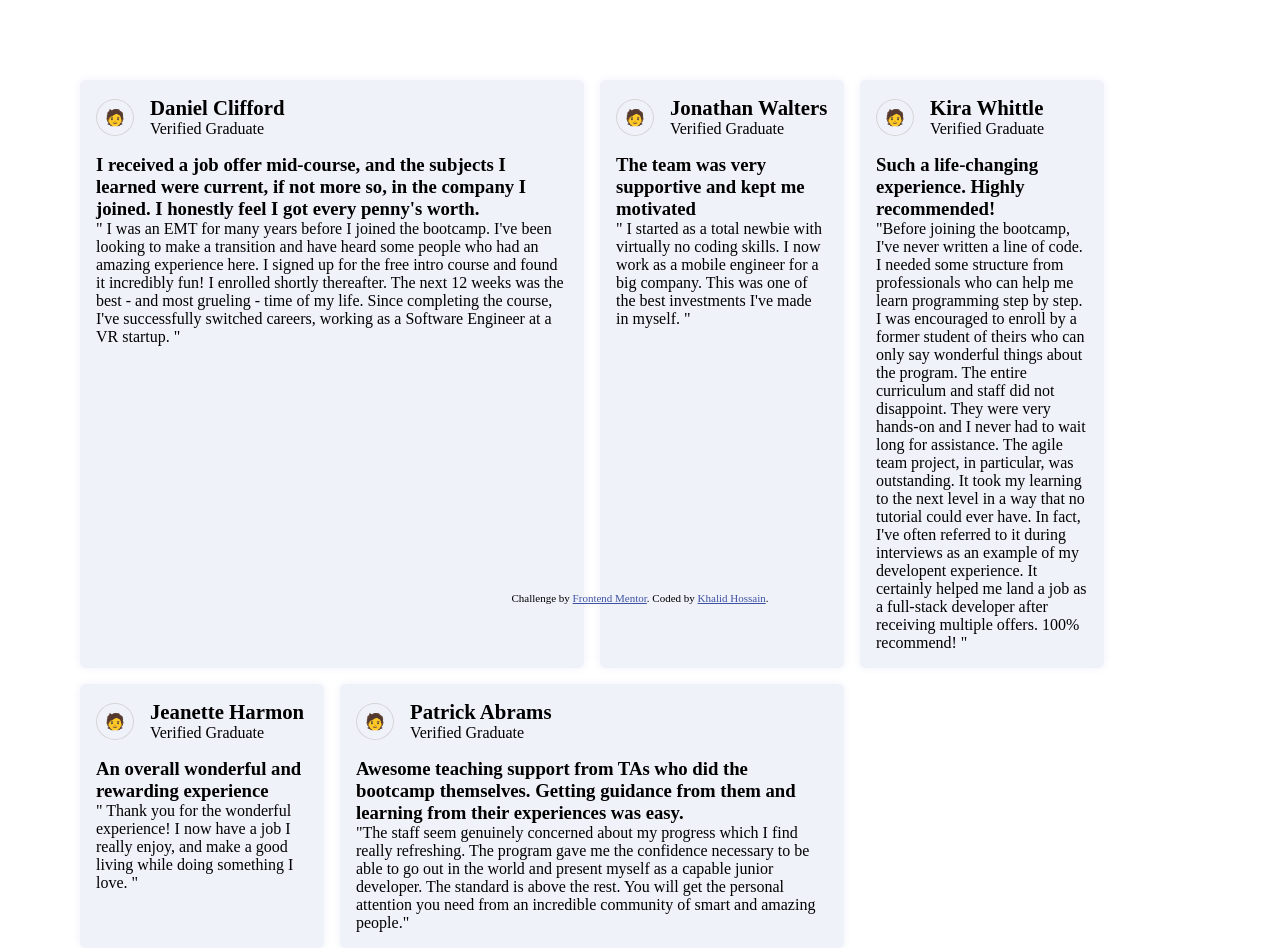
Repository: badhon252/Testimonials-Grid-Section
Page: index.html
These files come from the project's save history. The page is drawn as it stood at one moment and after the next save; the edit follows.
The browser window is 1280 px wide. The pictures show the whole page.

Above is the page before, as saved 2023-02-18 16:33:27.

### index.html
<!DOCTYPE html>
<html lang="en">

<head>
    <meta charset="UTF-8">
    <meta name="viewport" content="width=device-width, initial-scale=1.0">
    <!-- displays site properly based on user's device -->

    <link rel="icon" type="image/png" sizes="32x32" href="./images/favicon-32x32.png">
    <link rel="stylesheet" href="./css/style.css">
    <title>Frontend Mentor | [Challenge Name Here]</title>

</head>

<body>

    <div class="container">

        <div class="box box1">
            <div class="heading">
                <div class="img-fluid">🧑</div>
                <div>
                    <h1 class="name">Daniel Clifford</h1>
                    <p>Verified Graduate</p>
                </div>
            </div>

            <h3>I received a job offer mid-course, and the subjects I learned were current, if not more so, in the company I joined. I honestly feel I got every penny's worth.</h3>
            <p>" I was an EMT for many years before I joined the bootcamp. I've been looking to make a transition and have heard some people who had an amazing experience here. I signed up for the free intro course and found it incredibly fun! I enrolled
                shortly thereafter. The next 12 weeks was the best - and most grueling - time of my life. Since completing the course, I've successfully switched careers, working as a Software Engineer at a VR startup. "</p>
        </div>

        <div class="box box2">
            <div class="heading">
                <div class="img-fluid">🧑</div>
                <div>
                    <h1 class="name">Jonathan Walters</h1>
                    <p>Verified Graduate</p>
                </div>
            </div>

            <h3>The team was very supportive and kept me motivated</h3>
            <p>" I started as a total newbie with virtually no coding skills. I now work as a mobile engineer for a big company. This was one of the best investments I've made in myself. "</p>
        </div>

        <div class="box box3">
            <div class="heading">
                <div class="img-fluid">🧑</div>
                <div>
                    <h1 class="name">Jeanette Harmon</h1>
                    <p>Verified Graduate</p>
                </div>
            </div>

            <h3>An overall wonderful and rewarding experience</h3>
            <p>" Thank you for the wonderful experience! I now have a job I really enjoy, and make a good living while doing something I love. "</p>
        </div>

        <div class="box box4">
            <div class="heading">
                <div class="img-fluid">🧑</div>
                <div>
                    <h1 class="name">Patrick Abrams</h1>
                    <p>Verified Graduate</p>
                </div>
            </div>

            <h3>Awesome teaching support from TAs who did the bootcamp themselves. Getting guidance from them and learning from their experiences was easy.</h3>
            <p>"The staff seem genuinely concerned about my progress which I find really refreshing. The program gave me the confidence necessary to be able to go out in the world and present myself as a capable junior developer. The standard is above the
                rest. You will get the personal attention you need from an incredible community of smart and amazing people."
            </p>
        </div>

        <div class="box box5">
            <div class="heading">
                <div class="img-fluid">🧑</div>
                <div>
                    <h1 class="name">Kira Whittle</h1>
                    <p>Verified Graduate</p>
                </div>
            </div>

            <h3>Such a life-changing experience. Highly recommended!</h3>
            <p>"Before joining the bootcamp, I've never written a line of code. I needed some structure from professionals who can help me learn programming step by step. I was encouraged to enroll by a former student of theirs who can only say wonderful
                things about the program. The entire curriculum and staff did not disappoint. They were very hands-on and I never had to wait long for assistance. The agile team project, in particular, was outstanding. It took my learning to the next
                level in a way that no tutorial could ever have. In fact, I've often referred to it during interviews as an example of my developent experience. It certainly helped me land a job as a full-stack developer after receiving multiple offers.
                100% recommend! "</p>
        </div>


    </div>



    <div class="attribution">
        Challenge by <a href="https://www.badhon252.me" target="_blank">Frontend Mentor</a>. Coded by <a href="#">Khalid
      Hossain</a>.
    </div>
</body>

</html>

### css/style.css
* {
    margin: 0;
    padding: 0;
    box-sizing: border-box;
}

body {
    height: 100vh;
}

.name {
    font-size: 1.3em;
}

.container {
    display: grid;
    place-items: center;
    grid-template-columns: repeat(4, 1fr);
    grid-template-rows: repeat(2, 1fr);
    /* grid-template-areas: 'box1 box1 box2 box3' 'box4 box5 box5 box3'; */
    grid-gap: 1rem;
    align-items: stretch;
    margin: 5rem;
    max-width: 80vw;
    max-height: 60vh;
}

.heading {
    display: flex;
    align-items: center;
    padding: 0 0 1rem 0;
}

.img-fluid {
    padding: .5em;
    border: 1px solid rgb(213, 213, 213);
    border-radius: 50%;
    margin-right: 1rem;
}

.box {
    border-radius: 5px;
    padding: 1rem;
    box-shadow: 0 0 10px 0 hsl(227, 47%, 96%);
}

.box1 {
    /* grid-area: box1; */
    background-color: hsl(227, 47%, 96%);
    grid-column-start: 1;
    grid-column-end: 3;
    order: 1;
}

.box2 {
    /* grid-area: box1; */
    order: 2;
    background-color: hsl(227, 47%, 96%);
}

.box3 {
    /* grid-area: box1; */
    order: 4;
    background-color: hsl(227, 47%, 96%);
}

.box4 {
    /* grid-area: box1; */
    order: 5;
    background-color: hsl(227, 47%, 96%);
    grid-column-start: 2;
    grid-column-end: 4;
}

.box5 {
    /* grid-area: box1; */
    order: 3;
    background-color: hsl(227, 47%, 96%);
    /* grid-row-start: 1;
    grid-row-end: 3; */
}

.attribution {
    font-size: 11px;
    text-align: center;
}

.attribution a {
    color: hsl(228, 45%, 44%);
}

After the next save:
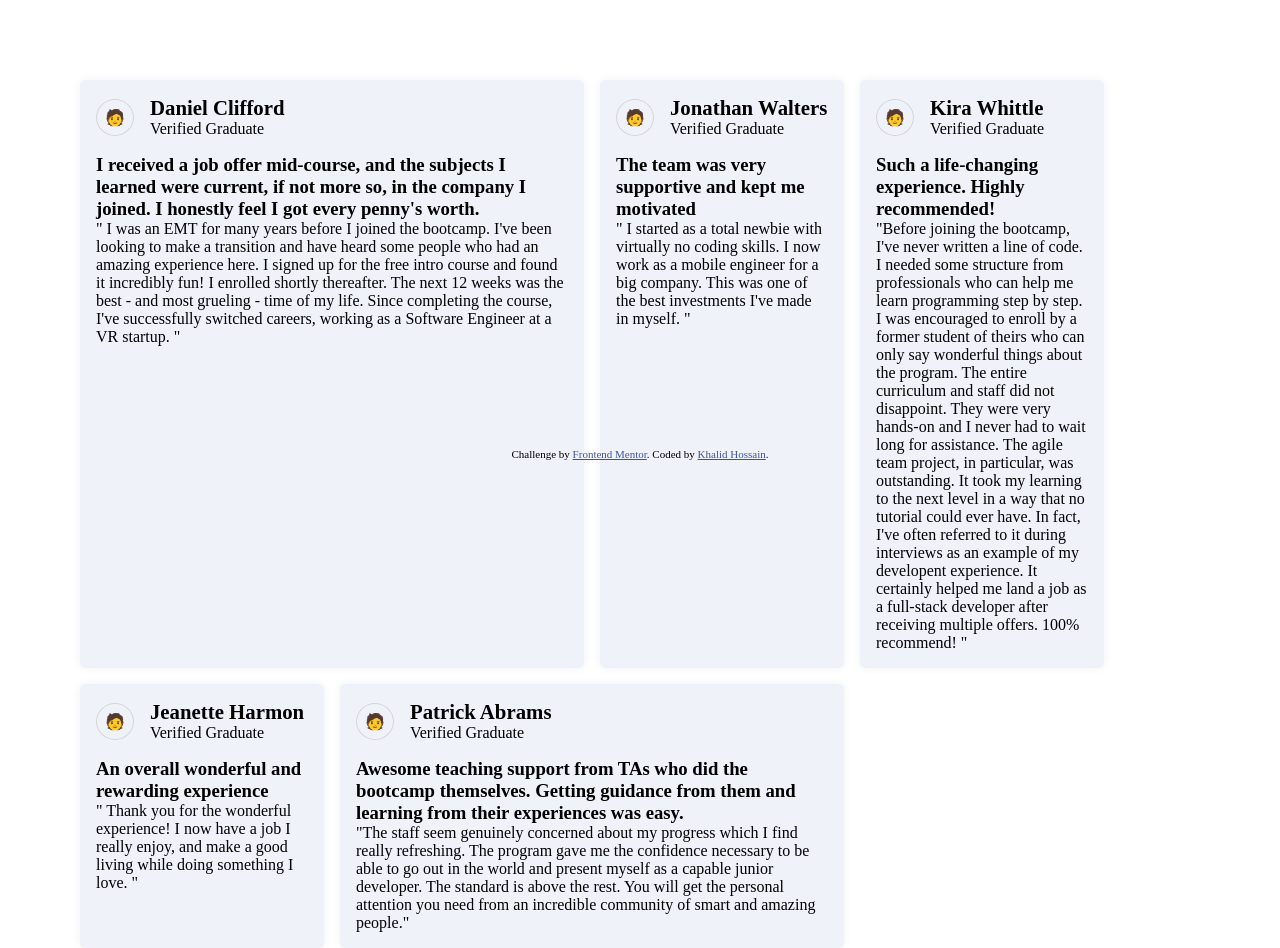
Saved 13 s later.
--- a/css/style.css
+++ b/css/style.css
@@ -22,7 +22,7 @@ body {
     align-items: stretch;
     margin: 5rem;
     max-width: 80vw;
-    max-height: 60vh;
+    max-height: 40vh;
 }
 
 .heading {
